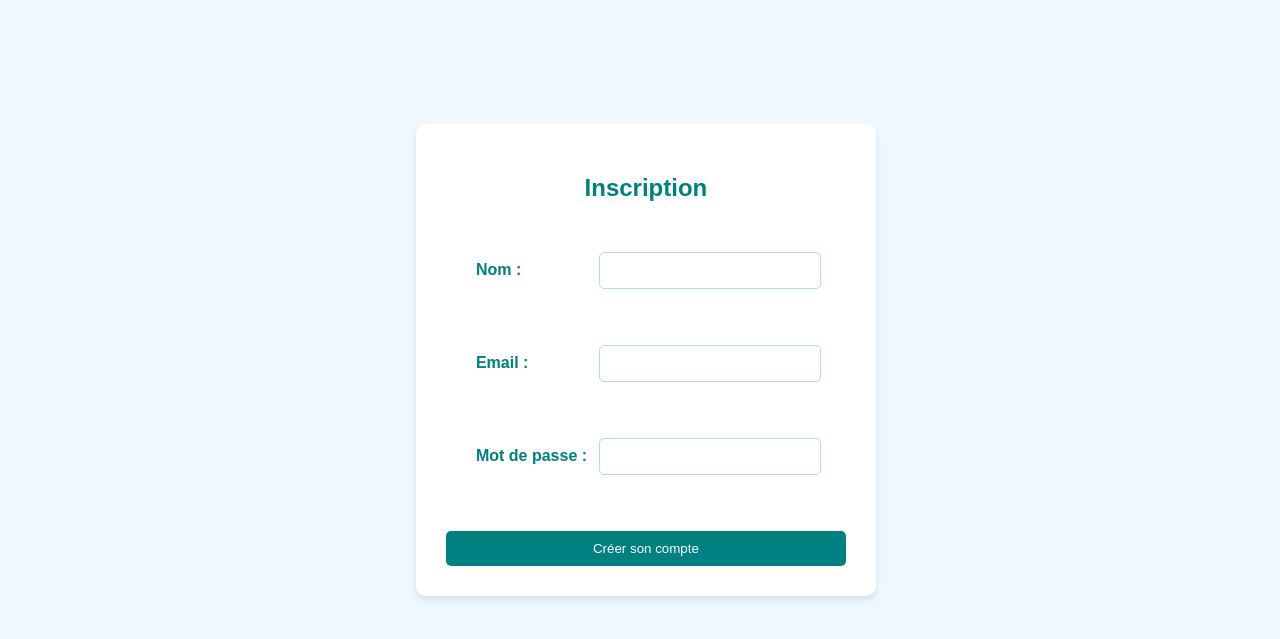
Repository: marwaouahouah1/OdysseyOfMemories
Page: /SignUpUser (app in frontend/)
These files come from the project's save history. The page is drawn as it stood at one moment and after the next save; the edit follows.
The browser window is 1280 px wide. The pictures show the whole page.
The project was rebuilt for these pictures with package versions that can differ from the ones it lists, and the page was loaded fresh each time. Also part of the build but not shown: frontend/src/User/Connexion/Login.js, frontend/src/App.js, frontend/src/User/Profile/Profile.js.

Above is the page before, as saved 2023-04-02 10:28:06.

After the next save:
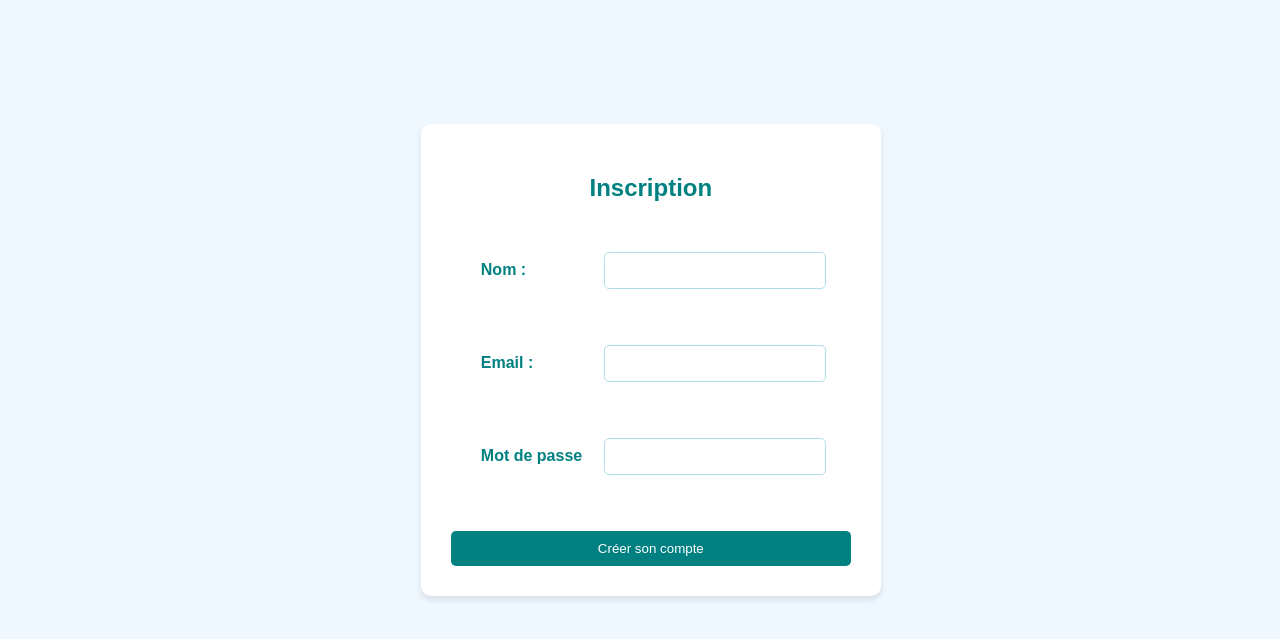
Saved 4 min 31 s later.
--- a/frontend/src/User/SignUp/SignUpUser.js
+++ b/frontend/src/User/SignUp/SignUpUser.js
@@ -52,7 +52,7 @@ function SignUpUser() {
       </label>
       <br /><br />
       <label>
-      <span>Mot de passe :</span>
+      <span>Mot de passe </span>
         <input
           type="password"
           value={password}
